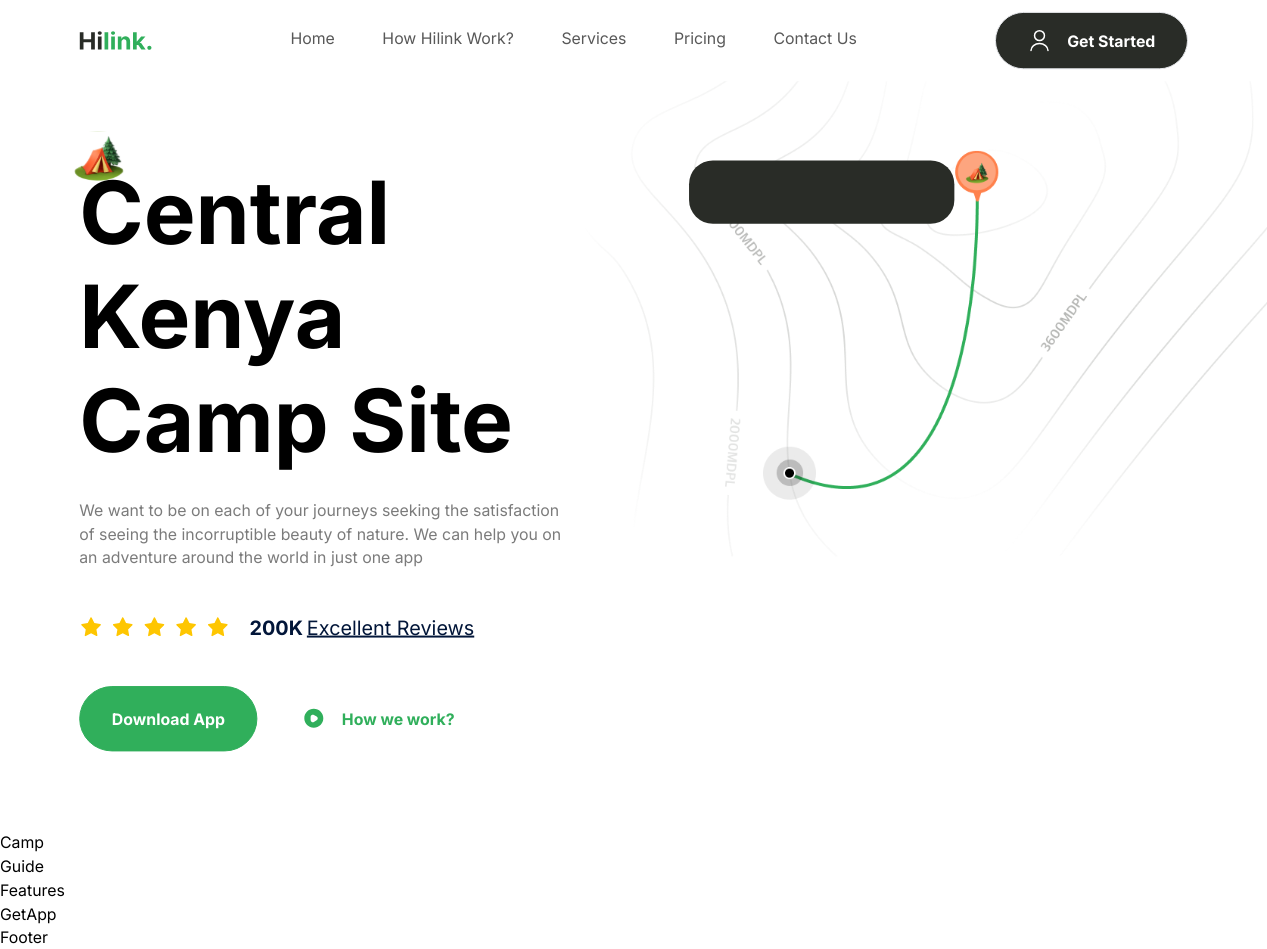
Repository: martin-raphael/travel_agency
Page: /
An editor plug-in stored every save of this project. The page is shown before and after the next save, followed by the edit.
The browser window is 1280 px wide. The pictures show the whole page, at 99% of full size.
The project was rebuilt for these pictures with package versions that can differ from the ones it lists, and the page was loaded fresh each time. The framework's server and built-in components were replaced by stand-ins that run in the browser. Also part of the build but not shown: next.config.mjs.

Above is the page before, as saved 2024-08-08 18:44:44.

### app/layout.tsx
import type { Metadata } from "next";
import Navbar from "@/components/Navbar";
import Footer from "@/components/Footer";
import "./globals.css";

export const metadata: Metadata = {
  title: "Travel App",
  description: "Beauty of Nature",
};

export default function RootLayout({
  children,
}: Readonly<{
  children: React.ReactNode;
}>) {
  return (
    <html lang="en">
      <body>
        <Navbar />
        <main className="relative overflow-hidden">{children}</main>
        <Footer />
      </body>
    </html>
  );
}

### components/Navbar.tsx
import { NAV_LINKS } from "@/constants";
import Image from "next/image";
import Link from "next/link";
import React from "react";
import Button from "./Button";

const Navbar = () => {
  return (
    <nav className=" flexBetween max-container padding-container relative z-30 py-3">
      <Link href="/">
        <Image src="/hilink-logo.svg" alt="logo" width={74} height={29} />
      </Link>
      <ul className="hidden h-full gap-12 lg:flex">
        {NAV_LINKS.map((link) => (
          <Link
            href={link.href}
            key={link.key}
            className="regular-16 text-gray-50 flexCenter cursor-pointer pb-1.5 transition-all hover:font-bold"
          >
            {link.label}
          </Link>
        ))}
      </ul>

      <div className=" lg:flexCenter hidden">
        <Button
          type="button"
          title="Get Started"
          icon="/user.svg"
          variant="btn_dark_green"
        />
      </div>
      <Image
        src="menu.svg"
        alt="menu"
        width={32}
        height={32}
        className="inline-block cursor-pointer lg:hidden"
      />
    </nav>
  );
};

export default Navbar;

### components/Hero.tsx
import Image from "next/image";
import React from "react";
import Button from "./Button";

const Hero = () => {
  return (
    <section
      className=" max-container padding-container flex
    flex-col gap-20 lg:py-20 py-10 pb-32 md:gap-28 xl:flex-row
    "
    >
      <div className="hero-map" />

      {/* LEFT SIDE-*/}

      <div className="relative z-20 flex flex-1 flex-col xl:w-1/2">
        <Image
          src="/camp.svg"
          alt="camp"
          width={50}
          height={50}
          className="absolute left-[-5px] top-[-30px] w-10 lg:w-[50px]"
        />
        <h1 className="bold-52 lg:bold-88"> Central Kenya Camp Site</h1>
        <p className="regular-16 mt-6 text-gray-30 xl:max-w-[520px]">
          We want to be on each of your journeys seeking the satisfaction of
          seeing the incorruptible beauty of nature. We can help you on an
          adventure around the world in just one app
        </p>

        <div className="my-11 flex flex-wrap gap-5">
          <div className="flex items-center gap-2">
            {Array(5)
              .fill(1)
              .map((_, index) => (
                <Image
                  src="/star.svg"
                  alt="Ratings"
                  key={index}
                  width={24}
                  height={24}
                />
              ))}
          </div>
          <p className="bold-16 lg:bold-20 text-blue-70">
            200K
            <span className="regular-16 lg:regular-20 ml-1 underline">
              Excellent Reviews
            </span>
          </p>
        </div>
        <div className="flex flex-col w-full gap-3 sm:flex-row">
          <Button type="button" title="Download App" variant="btn_green" />

          <Button
            type="button"
            title="How we work? "
            icon="/play.svg"
            variant="btn_white"
          />
        </div>
      </div>

      <div className="relative flex flex-1 items-start">
        <div className="relative z-20 w-[268px] flex-col gap-8 rounded-3xl bg-green-90 px-7 py-8">

        </div>
      </div>
    </section>
  );
};

export default Hero;

### components/Button.tsx
import Image from "next/image";

type ButtonProps = {
  type: "button" | "submit";
  title: string;
  icon?: string;
  variant?: string;
  full?:boolean;
};

const Button = ({ type, title, icon, variant, full }: ButtonProps) => {
  return (
    <button
      className={`flexCenter gap-4 rounded-full border ${variant} ${full && 'w-full'}`}
      type={type}
    >
      {icon && <Image src={icon} alt={title} width={24} height={24} />}
      <label className=" bold-16 whitespace-nowrap cursor-pointer">{title}</label>
    </button>
  );
};

export default Button;

Loaded but not shown: app/page.tsx (common file); components/Footer.tsx (common file); app/globals.css (common file); components/Camp.tsx (common file); components/Features.tsx (common file); components/GetApp.tsx (common file); components/Guide.tsx (common file); constants/index.ts (common file); tailwind.config.ts (common file)

After the next save:
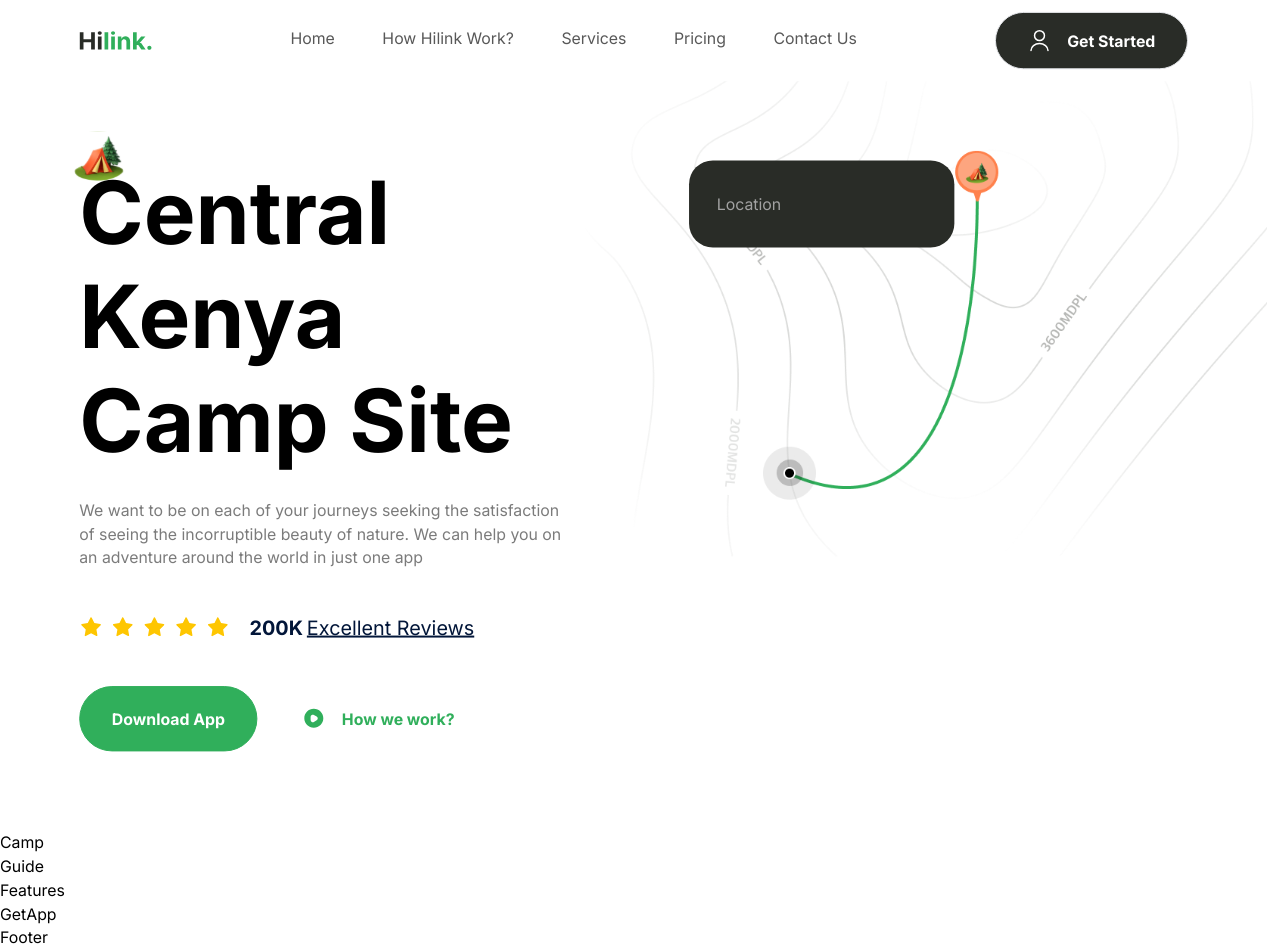
Saved 2 min 23 s later.
--- a/components/Hero.tsx
+++ b/components/Hero.tsx
@@ -63,7 +63,11 @@ const Hero = () => {
 
       <div className="relative flex flex-1 items-start">
         <div className="relative z-20 w-[268px] flex-col gap-8 rounded-3xl bg-green-90 px-7 py-8">
-
+              <div className="flex flex-col">
+                  <div className="flexBetween">
+                    <p className="regular-16 text-gray-20" >Location</p>
+                  </div>
+              </div>
         </div>
       </div>
     </section>
